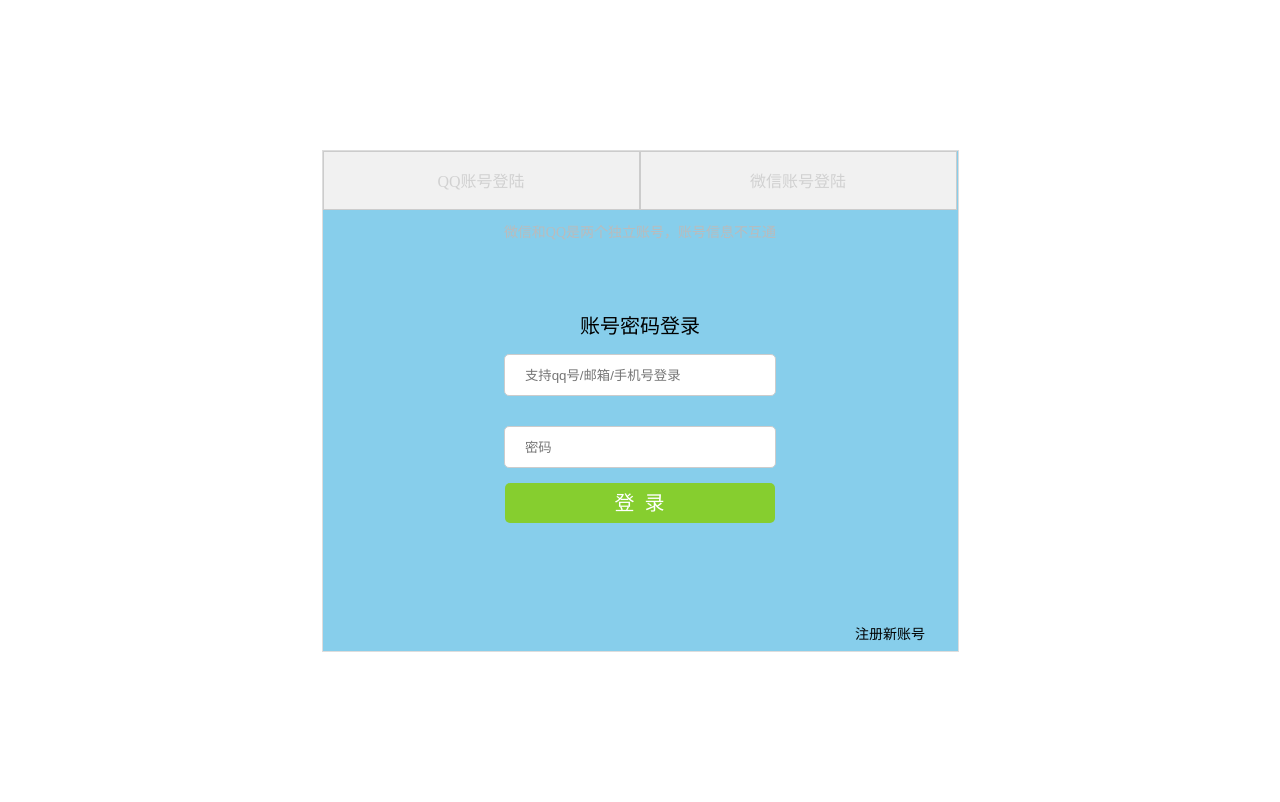
Repository: hanyaping3/tengxun2011
Page: src/denglu.html
The author's editor kept a copy of each file at every save. The page is drawn from the files as they stood at one save, then again after the next save.
The browser window is 1280 px wide. The pictures show the whole page.
The style sheet was rebuilt from its Sass, Less or Tailwind sources for each picture, by a compiler version that may differ from the author's.

Above is the page before, as saved 2021-01-29 17:04:41.

After the next save:
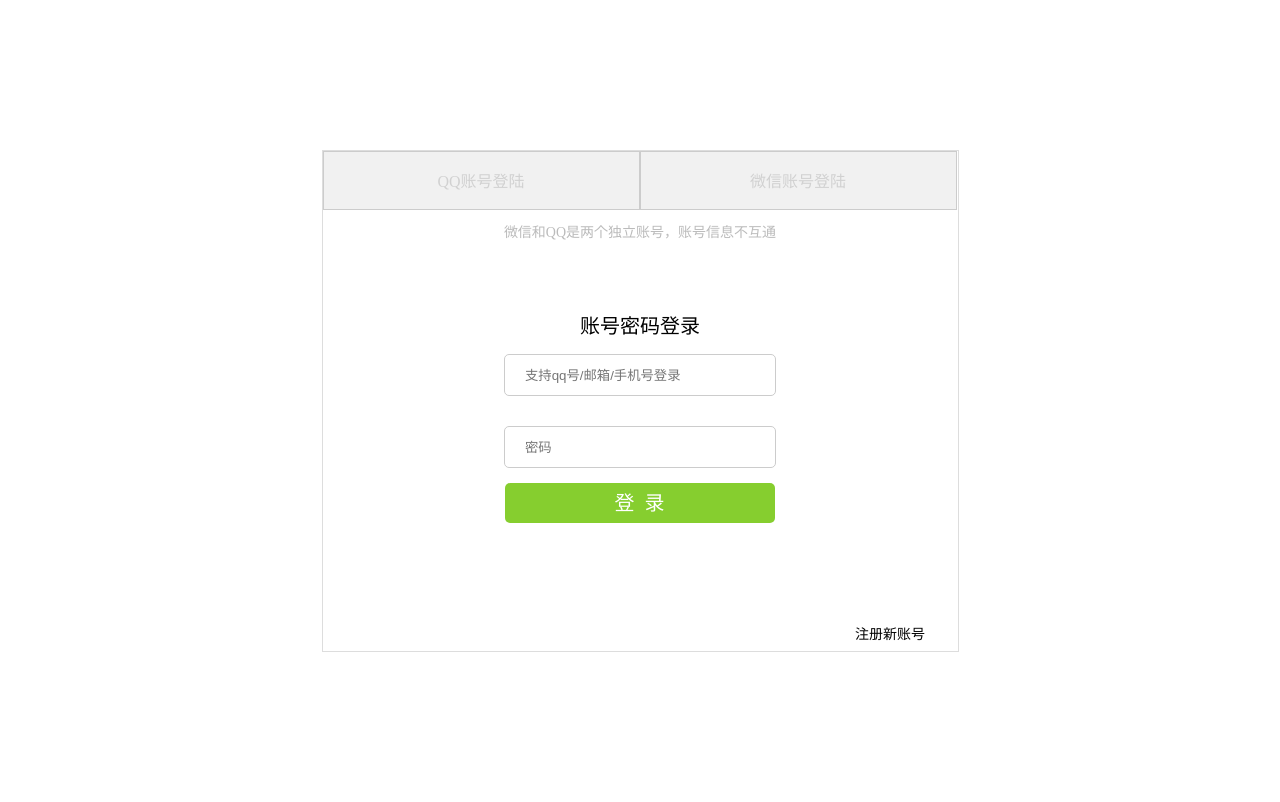
Saved 26 s later.
--- a/src/scss/denglu.scss
+++ b/src/scss/denglu.scss
@@ -4,7 +4,7 @@
     height:500px;
     margin:150px auto;
     border: 1px solid #ddd;
-    background: skyblue;
+    // background: skyblue;
     text-align: center;
     position: relative;
 }
